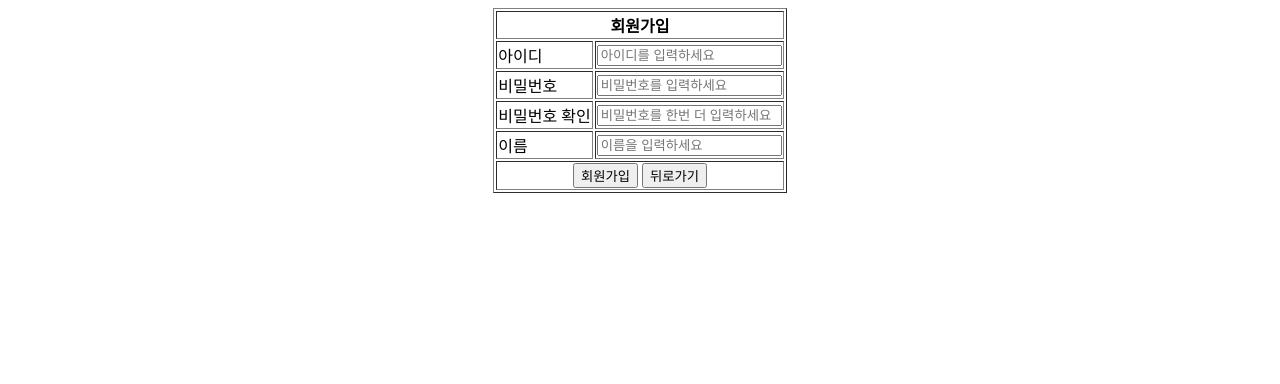
Repository: kdh3543/kh_SpringFramework
Page: http://localhost/Spring_04_Board/member/join
An editor plug-in stored every save of this project. The page is shown before and after the next save, followed by the edit.
The browser window is 1280 px wide. The pictures show the whole page.
The page is served by Tomcat 9.

Above is the page before, as saved 2021-12-29 01:39:00.
Console error: SyntaxError: missing ) after argument list

After the next save:
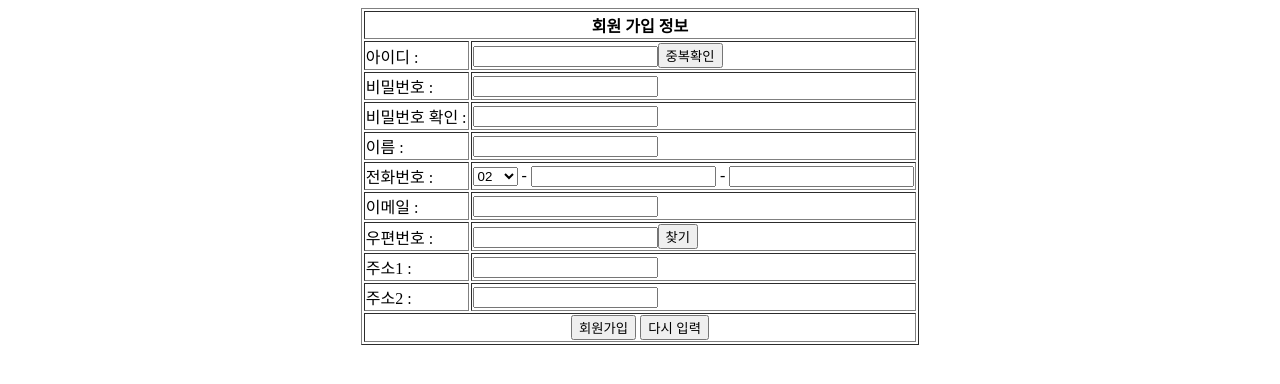
Saved 119 s later.
--- a/Spring_04_Board/src/main/webapp/WEB-INF/views/member/join.jsp
+++ b/Spring_04_Board/src/main/webapp/WEB-INF/views/member/join.jsp
@@ -10,30 +10,59 @@
 </head>
 <body>
 	<form action="/signupProc/mem" method=post id=frm>
-		<table border=1 align=center>
+		<table border="1" align=center>
 			<tr>
-				<th colspan=2>회원가입
+				<th colspan=2 align=center>회원 가입 정보
 			</tr>
 			<tr>
-				<td>아이디
-				<td><input type=text placeholder="아이디를 입력하세요" name=id id=id>
-				<span></span>
+				<td class=title>아이디 :
+				<td><input type=text id=id name=id><input type=button value=중복확인 id=check><span id=checkResult></span>
 			</tr>
 			<tr>
-				<td>비밀번호
-				<td><input type=password placeholder="비밀번호를 입력하세요" name=pw id=pw>
+				<td class=title>비밀번호 :
+				<td><input type=password id=pwd name=pwd>
 			</tr>
 			<tr>
-				<td>비밀번호 확인
-				<td><input type=password placeholder="비밀번호를 한번 더 입력하세요" id=repw>
+				<td class=title>비밀번호 확인 :
+				<td><input type=password id=repwd>
+				<span id=result></span>
 			</tr>
 			<tr>
-				<td>이름
-				<td><input type=text placeholder="이름을 입력하세요" name=name id=name>
+				<td class=title>이름 :
+				<td><input type=text id=name name=name>
 			</tr>
 			<tr>
-				<td align=center colspan=2>
-					<button>회원가입</button> <a href="/"><button type=button>뒤로가기</button></a>
+				<td class=title>전화번호 :
+				<td>
+					<select id=select name=select>
+						<option>02
+						<option>055
+						<option>010
+						<option>080
+					</select>
+					 - <input type=text id=num1 name=num1> - <input type=text id=num2 name=num2>
+				</td>
+			</tr>
+			<tr>
+				<td class=title>이메일 :
+				<td><input type=text id=email name=email>
+			</tr>
+			<tr>
+				<td class=title>우편번호 :
+				<td><input type=text id=postcode name=postcode><input type=button value=찾기 id=search>
+			</tr>
+			<tr>
+				<td class=title>주소1 :
+				<td><input type=text id=adrs1 name=adrs1>
+			</tr>
+			<tr>
+				<td class=title>주소2 :
+				<td><input type=text id=adrs2 name=adrs2>
+			</tr>
+
+			<tr>
+				<td colspan=2 align=center>
+					<button type=submit>회원가입</button> <button type="reset">다시 입력</button>
 			</tr>
 		</table>
 	</form>
